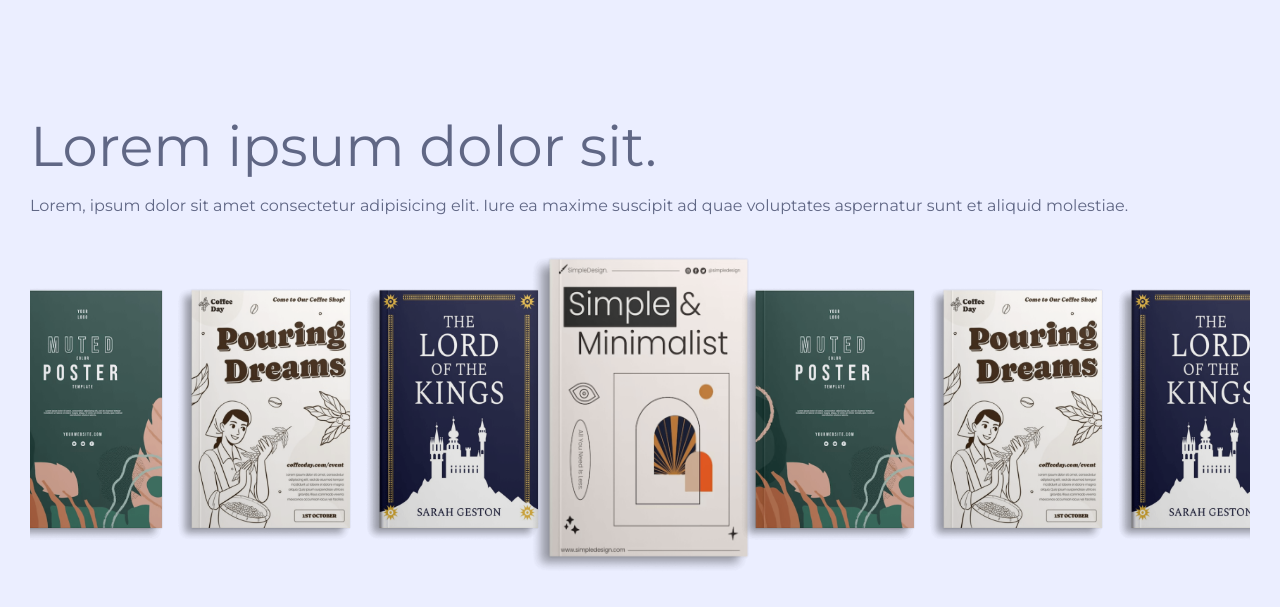
Repository: dinhhaidh/slider-book
Page: index1.html
An editor plug-in stored every save of this project. The page is shown before and after a run of saves, followed by the edit.
The browser window is 1280 px wide. The pictures show the whole page.
Some web fonts or font styles are not loaded; a fallback is used.

Above is the page before, as saved 2024-01-15 15:38:19.

### index1.html
<!DOCTYPE html>
<html lang="en">
<head>
    <meta charset="UTF-8">
    <meta name="viewport" content="width=device-width, initial-scale=1.0">
    <title>Document</title>
    <link rel="stylesheet" href="./css/swiper-bundle.min.css">
    <link rel="stylesheet" href="./css/style.css">
</head>
<body>
    <section class="home section">
        <div class="home__container container grid">
            <div class="home__data">
                <div class="h3 home__title">Lorem ipsum dolor sit.</div>
                <p class="home__desc">Lorem, ipsum dolor sit amet consectetur adipisicing elit. Iure ea maxime suscipit ad quae voluptates aspernatur sunt et aliquid molestiae.</p>
            </div>
            <div class="home__image">
                <div class="home__swiper swiper">
                <!-- Additional required wrapper -->
                <div class="swiper-wrapper">
                    <!-- Slides -->
                    <article class="home__article swiper-slide">
                        <img src="./img/book-1.png" alt="image" class="home__img">
                    </article>
                    <article class="home__article swiper-slide">
                        <img src="./img/book-2.png" alt="image" class="home__img">
                    </article>
                    <article class="home__article swiper-slide">
                        <img src="./img/book-3.png" alt="image" class="home__img">
                    </article>
                    <article class="home__article swiper-slide">
                        <img src="./img/book-4.png" alt="image" class="home__img">
                    </article>
                </div>
            </div>
        </div>
        </div>
    </section>


    <script src="./js/swiper-bundle.min.js"></script>
    <script src="./js/main.js"></script>

</body>
</html>

### css/style.css
/*=============== GOOGLE FONTS ===============*/
@import url("https://fonts.googleapis.com/css2?family=Montagu+Slab:wght@500&family=Montserrat:wght@400;500;600&display=swap");

/*=============== VARIABLES CSS ===============*/
:root {
  --header-height: 3.5rem;

  /*========== Colors ==========*/
  /*Color mode HSL(hue, saturation, lightness)*/
  --first-color: hsl(230, 62%, 56%);
  --title-color: hsl(230, 70%, 16%);
  --text-color: hsl(230, 16%, 45%);
  --border-color: hsl(230, 50%, 90%);
  --white-color: hsl(0, 0%, 100%);
  --body-color: hsl(230, 100%, 96%);
  --container-color: hsl(230, 100%, 97%);

  /*========== Font and typography ==========*/
  /*.5rem = 8px | 1rem = 16px ...*/
  --body-font: "Montserrat", sans-serif;
  --second-font: "Montagu Slab", serif;
  --biggest-font-size: 2rem;
  --h1-font-size: 1.5rem;
  --h2-font-size: 1.25rem;
  --h3-font-size: 1rem;
  --normal-font-size: .938rem;
  --small-font-size: .813rem;
  --smaller-font-size: .75rem;

  /*========== Font weight ==========*/
  --font-regular: 400;
  --font-medium: 500;
  --font-semi-bold: 600;

  /*========== z index ==========*/
  --z-tooltip: 10;
  --z-fixed: 100;
}

/*========== Responsive typography ==========*/
@media screen and (min-width: 1150px) {
  :root {
    --biggest-font-size: 3.5rem;
    --h1-font-size: 2.25rem;
    --h2-font-size: 1.5rem;
    --h3-font-size: 1.25rem;
    --normal-font-size: 1rem;
    --small-font-size: .875rem;
    --smaller-font-size: .813rem;
  }
}

/*=============== BASE ===============*/
* {
  box-sizing: border-box;
  padding: 0;
  margin: 0;
}

html {
  scroll-behavior: smooth;
}

body,
input,
button {
  font-family: var(--body-font);
  font-size: var(--normal-font-size);
}

body {
  background-color: var(--body-color);
  color: var(--text-color);
  transition: background-color .4s;
}

input,
button {
  border: none;
  outline: none;
}

h1, h2, h3, h4 {
  color: var(--title-color);
  font-family: var(--second-font);
  font-weight: var(--font-medium);
}

ul {
  list-style: none;
}

a {
  text-decoration: none;
}

img {
  display: block;
  max-width: 100%;
  height: auto;
}

/*=============== THEME ===============*/
/*========== Variables Dark theme ==========*/


/*==========
	Color changes in some parts of
	the website, in dark theme
==========*/


/*=============== REUSABLE CSS CLASSES ===============*/
.container {
  max-width: 1220px;
  margin-inline: 1.5rem;
}

.grid {
  display: grid;
  gap: 1.5rem;
}

.section {
  padding-block: 5rem 1rem;
}

.section__title {
  text-align: center;
  font-size: var(--h1-font-size);
  font-family: var(--second-font);
  margin-bottom: 2rem;
}

.main {
  overflow: hidden; /* For animation ScrollReveal */
}
@media screen and (min-width: 1150px) {
    .container{
        margin-inline: auto;
    }
}

/*=============== HEADER & NAV ===============*/


/* Navigation for mobile devices */


/* Add shadow header */


/* Active link */


/*=============== SEARCH ===============*/


/* Show search */


/*=============== LOGIN ===============*/


/* Show login */


/*=============== HOME ===============*/
.home__swiper{
  margin: initial;
}
.home__container{
  padding-top: 2rem;
  row-gap: 2.5rem;
  grid-template-columns: repeat(auto-fit, minmax(2, 1fr));
}
/* .home__data{
  ;
} */
.home__title{
  font-size: var(--biggest-font-size);
  margin-bottom: 1rem;
}
.home__image{
  display: grid;
}
.home__article,
.home__img{
    width: 220px;
    transition: scale .4s;
}
.home__article{
    scale: .8;
}

.swiper-slide-active,
.swiper-slide-dulicate-active{
  scale: 1;
}

/* Swiper class */


/*=============== BUTTON ===============*/


/*=============== SERVICES ===============*/


/*=============== FEATURED ===============*/


/* Swiper class */


/*=============== DISCOUNT ===============*/


/*=============== NEW ===============*/


/*=============== JOIN ===============*/


/*=============== TESTIMONIAL ===============*/


/*=============== FOOTER ===============*/


/*=============== SCROLL BAR ===============*/


/*=============== SCROLL UP ===============*/


/* Show Scroll Up */


/*=============== BREAKPOINTS ===============*/
/* For small devices */


/* For medium devices */


/* For large devices */

### js/main.js
let swiperHome = new Swiper('.home__swiper', {
    loop: true,
    spaceBetween: -24,
    slidesPerView: 'auto',
    centeredSlides: 'auto',

    autoplay: {
        delay: 3000,
        disableOnInteraction: false,
    },

    breakpoints: {
        1220: {
            spaceBetween: -32,
        }
    }
});

Loaded but not shown: css/swiper-bundle.min.css (library); js/swiper-bundle.min.js (library)

After the next 3 saves:
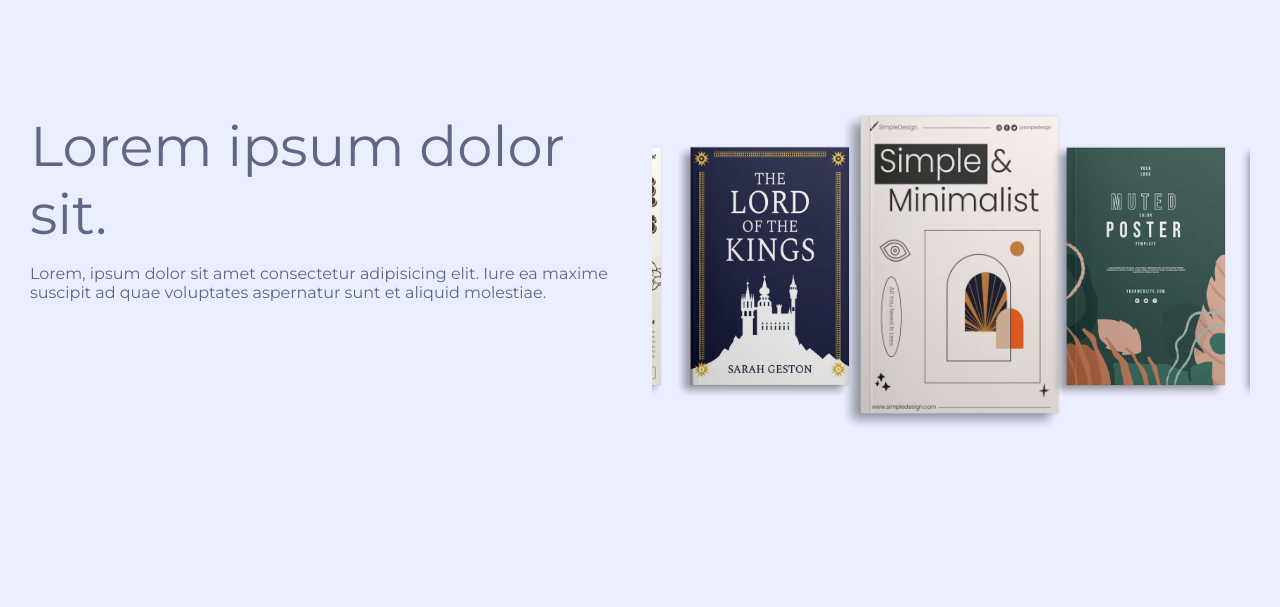
The 3 saves are shown as one change because they came seconds apart.
The last was saved 27 s later.
--- a/css/style.css
+++ b/css/style.css
@@ -172,7 +172,7 @@ img {
 .home__container{
   padding-top: 2rem;
   row-gap: 2.5rem;
-  grid-template-columns: repeat(auto-fit, minmax(2, 1fr));
+  grid-template-columns: repeat(auto-fit, minmax(500px, 1fr));
 }
 /* .home__data{
   ;
